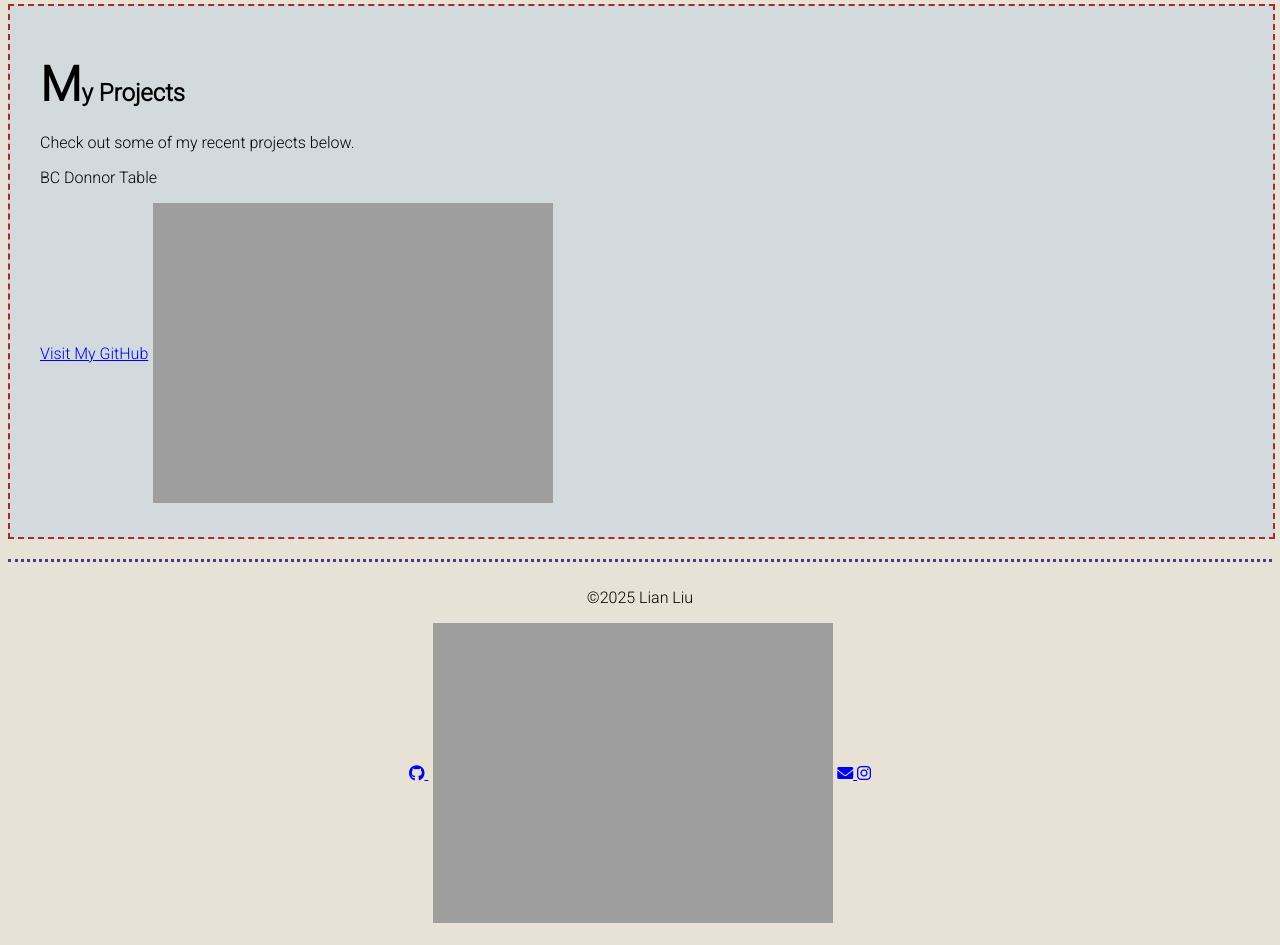
Repository: liulian26/CS5610
Page: assignment-1-liulian26/index.html
The author's editor kept a copy of each file at every save. The page is drawn from the files as they stood at one save, then again after the next save.
The browser window is 1280 px wide. The pictures show the part of the page from y = 750 to 1702 px (the page is 1695 px tall before and 1702 px after).
Pictures or frames that could not be fetched are drawn as grey boxes. A picture or video elsewhere on the page could not be fetched, so the positions and the page height are approximate.

Above is the page before, as saved 2025-02-01 00:59:54.

After the next save:
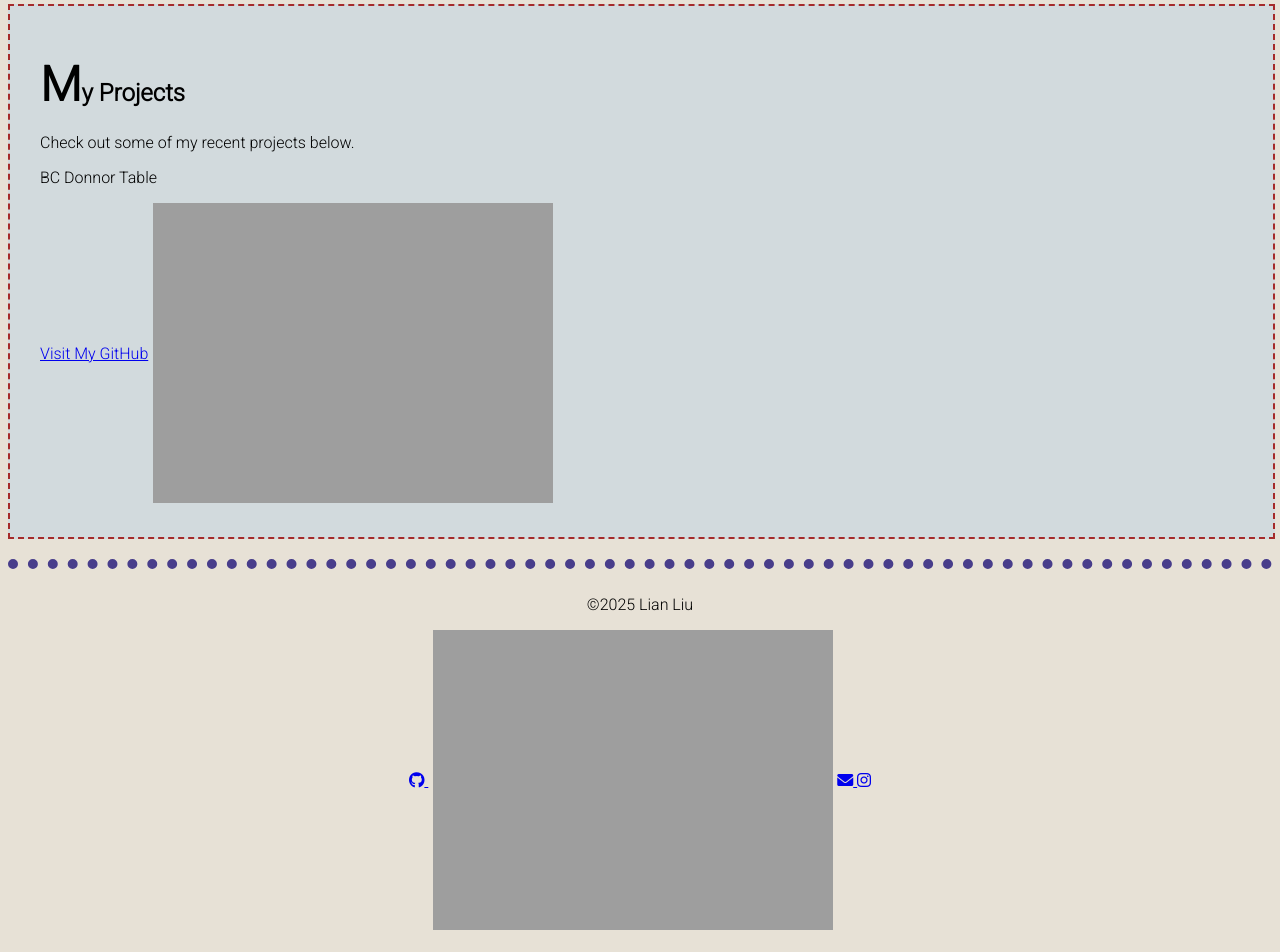
Saved 8 s later.
--- a/assignment-1-liulian26/css/styles.css
+++ b/assignment-1-liulian26/css/styles.css
@@ -87,7 +87,7 @@ figcaption {
 footer {
     text-align: center;
     padding: 10px;
-    border-top: 3px dotted darkslateblue;
+    border-top: 10px dotted darkslateblue;
 }
 
 .projects {
